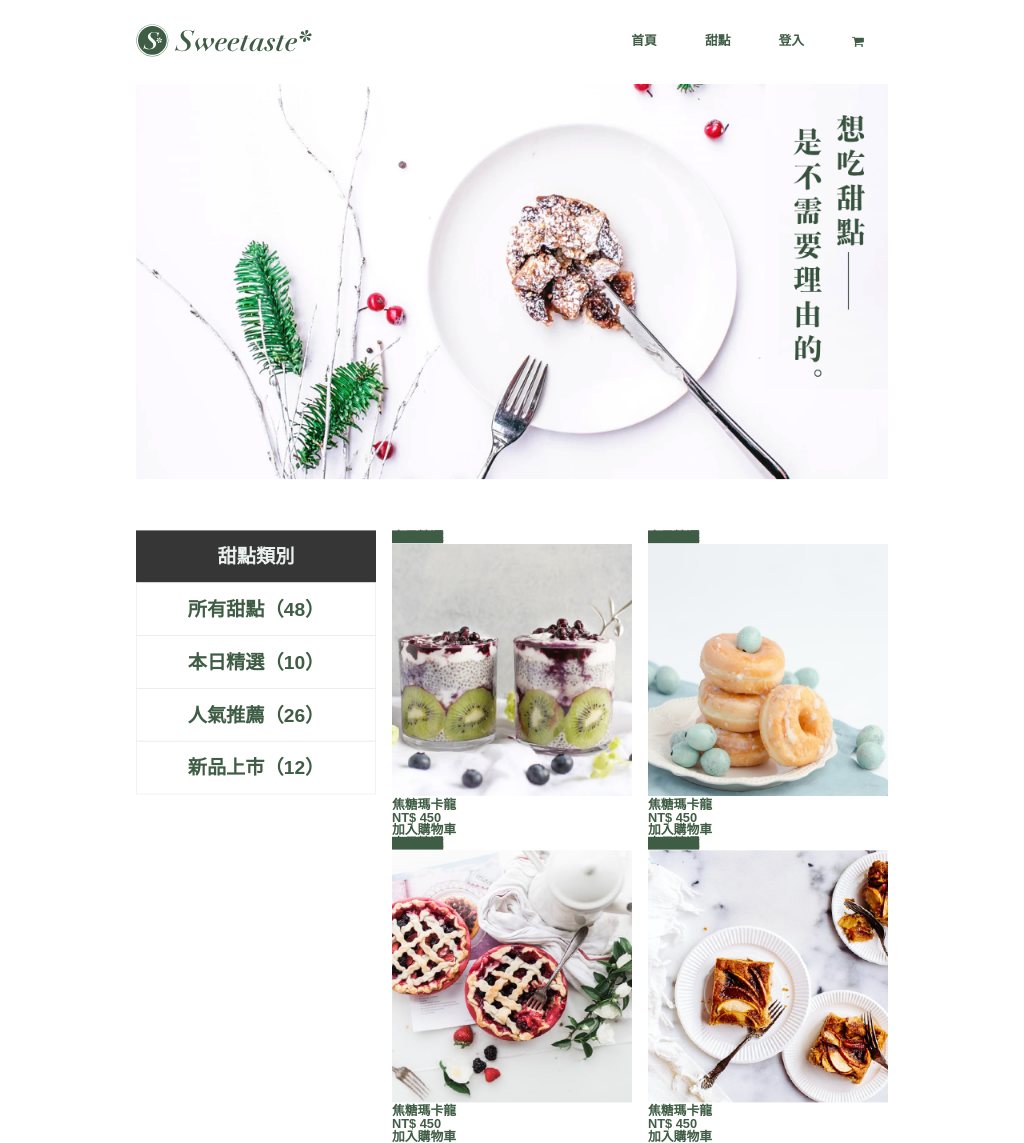
Repository: michelle61219/Sweets
Page: index.html
These files come from the project's save history. The page is drawn as it stood at one moment and after the next save; the edit follows.
The browser window is 1280 px wide. The pictures show the whole page, at 80% of full size.

Above is the page before, as saved 2021-06-13 15:26:20.

### index.html
<!DOCTYPE html>
<html lang="en">
	<head>
		<meta charset="UTF-8" />
		<meta http-equiv="X-UA-Compatible" content="IE=edge" />
		<meta name="viewport" content="width=device-width, initial-scale=1.0" />
		<link rel="stylesheet" href="style.css" />
		<link
			rel="stylesheet"
			href="https://cdnjs.cloudflare.com/ajax/libs/font-awesome/4.7.0/css/font-awesome.min.css"
		/>
		<title>甜點電商</title>
	</head>
	<body>
		<header></header>
		<div class="header container">
			<h1>
				<a href="#">
					<img
						width="220"
						height="40"
						src="images/logo-all-dark.svg"
						alt="logo"
					/>
				</a>
			</h1>
			<nav>
				<ul class="menu">
					<li><a href="#">首頁</a></li>
					<li><a href="#">甜點</a></li>
					<li><a href="#">登入</a></li>
					<li>
						<a href="#">
							<i class="fa fa-shopping-cart"></i>
						</a>
					</li>
				</ul>
			</nav>
		</div>
		<div class="banner container">
			<img src="images/banner.png" alt="banner" />
		</div>
		<div class="main container">
			<div class="aside">
				<h2>甜點類別</h2>
				<ul>
					<li><a href="#">所有甜點（48）</a></li>
					<li><a href="#">本日精選（10）</a></li>
					<li><a href="#">人氣推薦（26）</a></li>
					<li><a href="#">新品上市（12）</a></li>
				</ul>
			</div>
			<div class="productList">
				<ul class="productList-card">
					<li>
						<div class="tag">本日精選</div>
						<i class="fa fa-heart heart"></i>
						<img src="images/p-1.png" alt="p1" />
						<div class="productList-card-body">
							<h2>焦糖瑪卡龍</h2>
							<span>NT$ 450</span>
						</div>
						<a href="#" class="cart">加入購物車</a>
					</li>
					<li>
						<div class="tag">本日精選</div>
						<i class="fa fa-heart heart"></i>
						<img src="images/p-2.png" alt="p1" />
						<div class="productList-card-body">
							<h2>焦糖瑪卡龍</h2>
							<span>NT$ 450</span>
						</div>
						<a href="#" class="cart">加入購物車</a>
					</li>
					<li>
						<div class="tag">本日精選</div>
						<i class="fa fa-heart heart"></i>
						<img src="images/p-3.png" alt="p1" />
						<div class="productList-card-body">
							<h2>焦糖瑪卡龍</h2>
							<span>NT$ 450</span>
						</div>
						<a href="#" class="cart">加入購物車</a>
					</li>
					<li>
						<div class="tag">本日精選</div>
						<i class="fa fa-heart heart"></i>
						<img src="images/p-4.png" alt="p1" />
						<div class="productList-card-body">
							<h2>焦糖瑪卡龍</h2>
							<span>NT$ 450</span>
						</div>
						<a href="#" class="cart">加入購物車</a>
					</li>
				</ul>
			</div>
		</div>
	</body>
</html>

### style.css
/* http://meyerweb.com/eric/tools/css/reset/
   v2.0 | 20110126
   License: none (public domain)
*/

html,
body,
div,
span,
applet,
object,
iframe,
h1,
h2,
h3,
h4,
h5,
h6,
p,
blockquote,
pre,
a,
abbr,
acronym,
address,
big,
cite,
code,
del,
dfn,
em,
img,
ins,
kbd,
q,
s,
samp,
small,
strike,
strong,
sub,
sup,
tt,
var,
b,
u,
i,
center,
dl,
dt,
dd,
ol,
ul,
li,
fieldset,
form,
label,
legend,
table,
caption,
tbody,
tfoot,
thead,
tr,
th,
td,
article,
aside,
canvas,
details,
embed,
figure,
figcaption,
footer,
header,
hgroup,
menu,
nav,
output,
ruby,
section,
summary,
time,
mark,
audio,
video {
	margin: 0;
	padding: 0;
	border: 0;
	font-size: 100%;
	font: inherit;
	vertical-align: baseline;
}
/* HTML5 display-role reset for older browsers */
article,
aside,
details,
figcaption,
figure,
footer,
header,
hgroup,
menu,
nav,
section {
	display: block;
}
body {
	line-height: 1;
}
ol,
ul {
	list-style: none;
}
blockquote,
q {
	quotes: none;
}
blockquote:before,
blockquote:after,
q:before,
q:after {
	content: '';
	content: none;
}
table {
	border-collapse: collapse;
	border-spacing: 0;
}
img {
	max-width: 100%;
	height: auto;
}

/* ---CSS Starts from Here--- */

body {
	color: #3f5d45;
	font-family: Arial, Helvetica, sans-serif;
	font-weight: bold;
}

a {
	color: #3f5d45;
	text-decoration: none;
}

.container {
	width: 940px; /* based on main image */
	margin: 0 auto;
}

.header {
	display: flex;
	justify-content: space-between;
	align-items: center;
	padding-top: 30px;
	padding-bottom: 30px;
}

.menu {
	display: flex;
}

.menu a {
	padding: 10px 30px 8px 30px;
}

.menu a:hover {
	background: #3f5d45;
	color: white;
}

.banner {
	margin-bottom: 60px;
}

.main {
	display: flex;
	justify-content: space-between;
}

/* based on banner's width */
.aside {
	width: 300px;
}

.aside h2 {
	background: #363636;
	color: #eaf0ed;
	text-align: center;
	font-size: 24px;
	line-height: 65px;
}

.aside li {
	/* Avoid overlaying border lines between each list */
	margin-bottom: -1px;
}
.aside a {
	font-size: 24px;
	text-align: center;
	display: block;
	line-height: 65px;
	border: 1px solid #eaf0ed;
}
.aside a:hover {
	background: #eaf0ed;
}

.productList {
	width: 620px;
}
.productList-card {
	display: flex;
	flex-wrap: wrap;
	justify-content: space-between;
}
.productList-card li {
	width: 300px;
}

.productList-card .tag {
	position: absolute;
	background: #3f5d45;
}

After the next save:
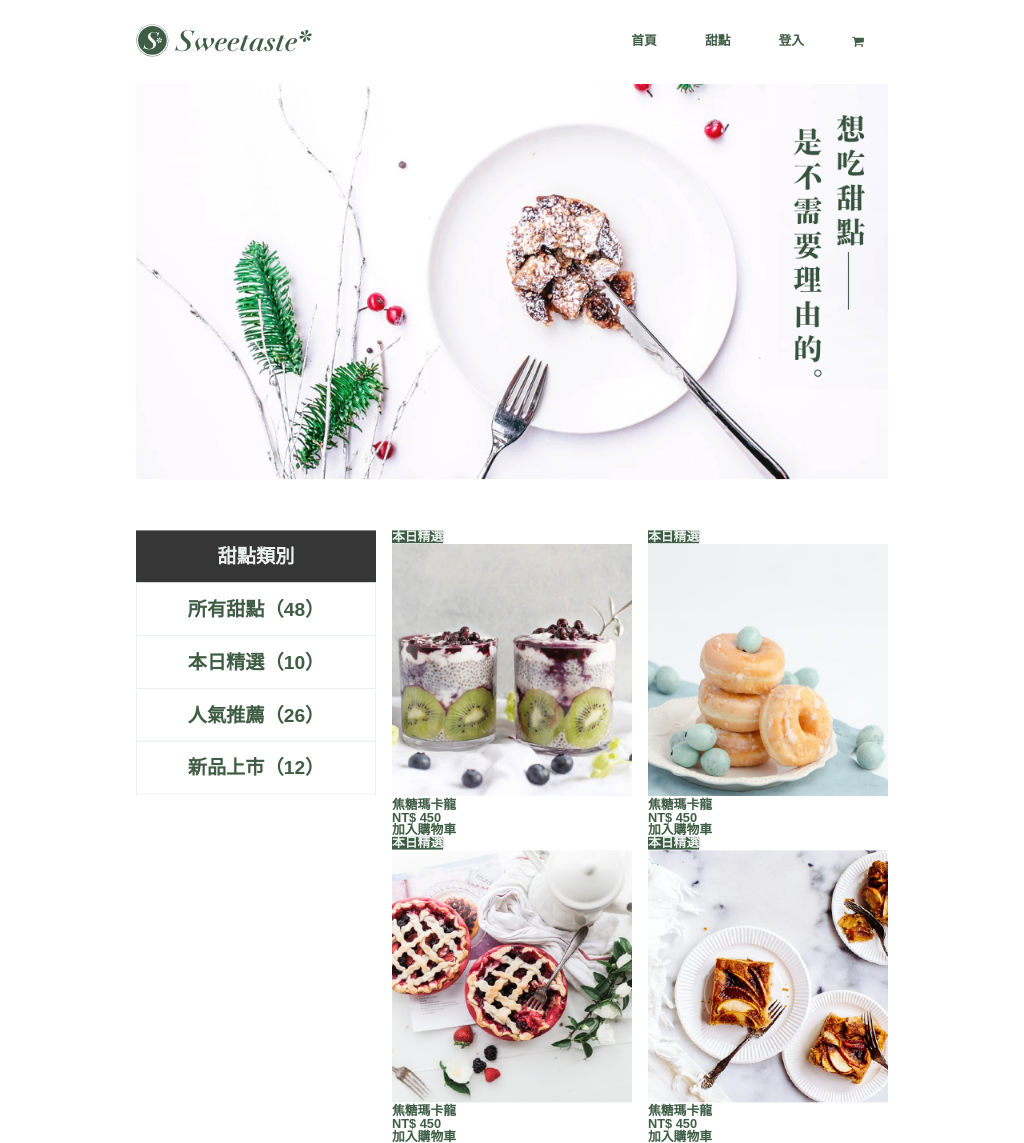
Saved 12 s later.
--- a/style.css
+++ b/style.css
@@ -223,4 +223,5 @@ a {
 .productList-card .tag {
 	position: absolute;
 	background: #3f5d45;
-}
+	color: #eaf0ed;
+}
